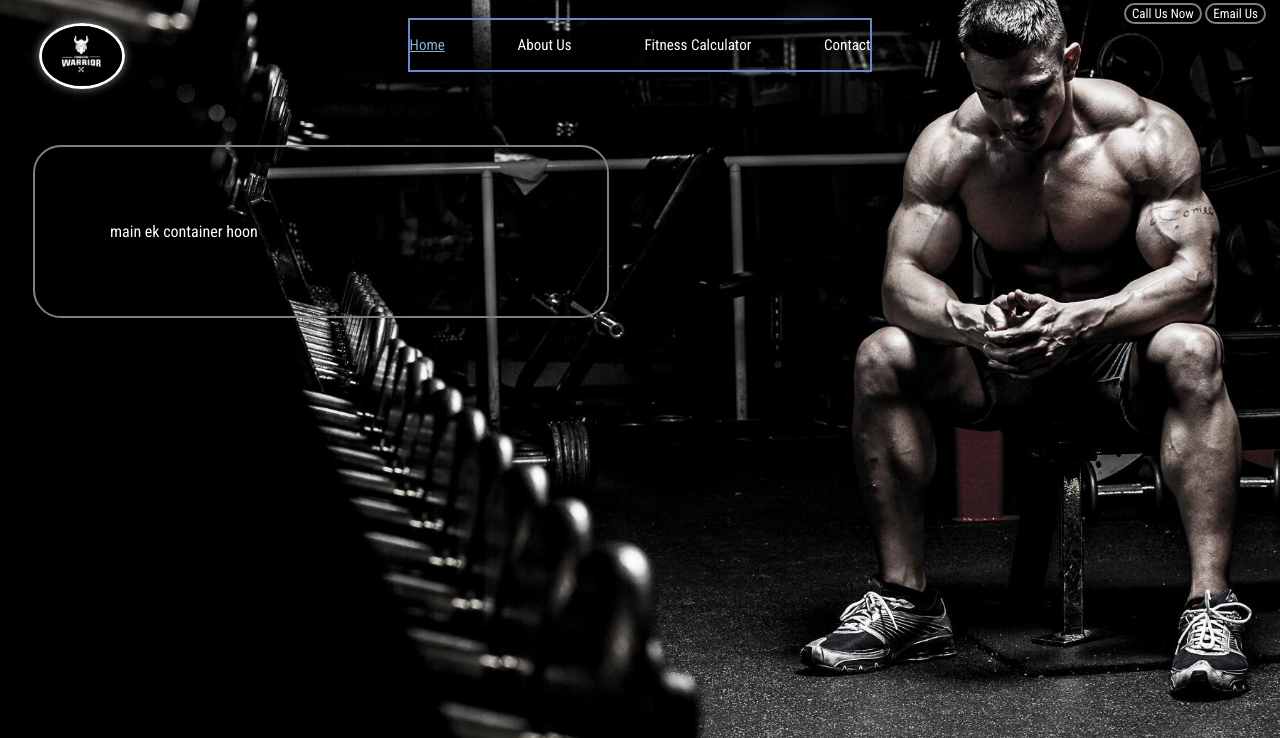
Repository: asthaasquare/project-1
Page: project-1/index.html
These files come from the project's save history. The page is drawn as it stood at one moment and after the next save; the edit follows.
The browser window is 1280 px wide. The pictures show the whole page.
Some web fonts or font styles are not loaded; a fallback is used.

Above is the page before, as saved 2024-05-09 17:28:09.

### project-1/index.html
<!DOCTYPE html>
<html lang="en">
  <head>
    <meta charset="UTF-8" />
    <meta name="viewport" content="width=device-width, initial-scale=1.0" />
    <title>Fit World</title>
  </head>
  <link rel="preconnect" href="https://fonts.googleapis.com" />
  <link rel="preconnect" href="https://fonts.gstatic.com" crossorigin />
  <link
    href="https://fonts.googleapis.com/css2?family=Briem+Hand:wght@100..900&family=Jaro:opsz@6..72&family=Jersey+25+Charted&family=Oswald:wght@200..700&family=Poetsen+One&family=Raleway:ital,wght@0,100..900;1,100..900&family=Roboto+Condensed:ital,wght@0,100..900;1,100..900&display=swap"
    rel="stylesheet"
  />
  <link rel="stylesheet" href="css/style.css" />
  <style>
    body {
      color: white;
      margin: 0;
      padding: 0;
      background-image: url("img/1087639.jpg");
      background-size: cover; /* This will make sure the image covers the entire background */
      background-position: center; /* This will center the image within the container */
      height: 100vh; /* This will set the height of the background to the viewport height */
      font-family: "Roboto Condensed", sans-serif;
      font-optical-sizing: auto;
    }

    .left {
      /* border: 2px double rgb(75, 62, 62); */
      display: inline-block;
      position: absolute;
      top: 0px;
      left: 34px;
      padding: 5px; /* Add some padding around the logo */
    }

    .left img {
      width: 80px;
      height: auto;
      border-radius: 50%;
      border: 3px solid white;
      box-shadow: 0 0 10px rgba(255, 255, 255, 0.5);
    }

    .left div {
      line-height: 0px;
    }

    .mid {
      margin: 18px auto;
      display: block;
      width: 36%;
      border: 2px double rgb(106, 137, 200);
    }

    .right {
      position: absolute;
      display: inline-block;
      /* border: 2px double rgb(100, 96, 222); */
      top: 0px;
      right: 34px;
    }

    .navbar {
      display: flex; /* Use flexbox for better alignment */
      justify-content: space-between; /* Distribute items evenly across the container */
      align-items: center; /* Center items vertically */
      padding: 0;
    }

    .navbar li {
      font-size: 15px;
      list-style: none; /* Remove default list styles */
      margin-right: 20px; /* Add some spacing between navbar items */
    }

    .navbar li a {
      color: white;
      text-decoration: none;
    }

    .navbar li a:hover,
    .navbar li a.active {
      text-decoration: underline;
      color: rgb(136, 177, 215);
    }

    .navbar li:last-child {
      margin-right: 0; /* Remove margin from the last navbar item */
    }

    .header {
      position: relative; /* Set position to relative to allow absolute positioning of ch
      ild elements */
    }

    .container {
      border: 2px solid grey;
      margin: 73px 33px;
      padding: 75px;
      width: 33%;
      border-radius: 28px;
    }

    .btn {
      margin: 0px 0px;
      color: white;
      background-color: black;
      position: relative;
      right: 22px;
      top: -15px;
      left: 20px;
      border: 2px solid grey;
      border-radius: 13px;
      font-size: 13px;
      cursor: pointer;
      transition: background-color 0.3s, border-color 0.3s;
      font-family: "Roboto Condensed", sans-serif;
    }

    .btn:hover {
      background-color: grey; /* Change background color on hover */
      border-color: black; /* Change border color on hover */
    }
  </style>

  <body>
    <header class="header">
      <div class="left">
        <img src="img/logo.jpg" alt="Logo" />
      </div>
      <div class="mid">
        <ul class="navbar">
          <li><a href="#" class="active">Home</a></li>
          <li><a href="#">About Us</a></li>
          <li><a href="#">Fitness Calculator</a></li>
          <li><a href="#">Contact</a></li>
        </ul>
      </div>
      <div class="right">
        <button class="btn">Call Us Now</button>
        <button class="btn">Email Us</button>
      </div>
    </header>

    <div class="container">main ek container hoon</div>
  </body>
</html>

Loaded but not shown: project-1/css/style.css (no stored copy; drawn as an empty file)

After the next save:
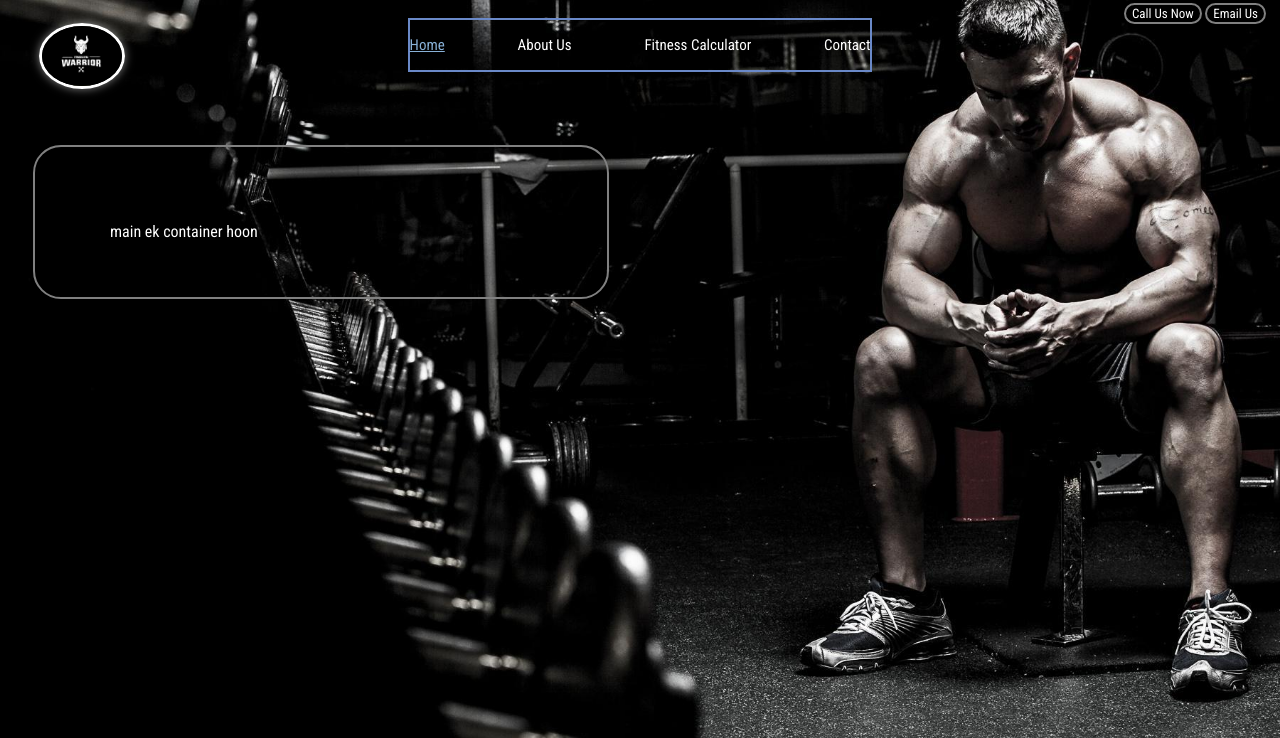
Saved 31 s later.
--- a/project-1/index.html
+++ b/project-1/index.html
@@ -99,6 +99,7 @@
       margin: 73px 33px;
       padding: 75px;
       width: 33%;
+      height: 0px;
       border-radius: 28px;
     }
 
